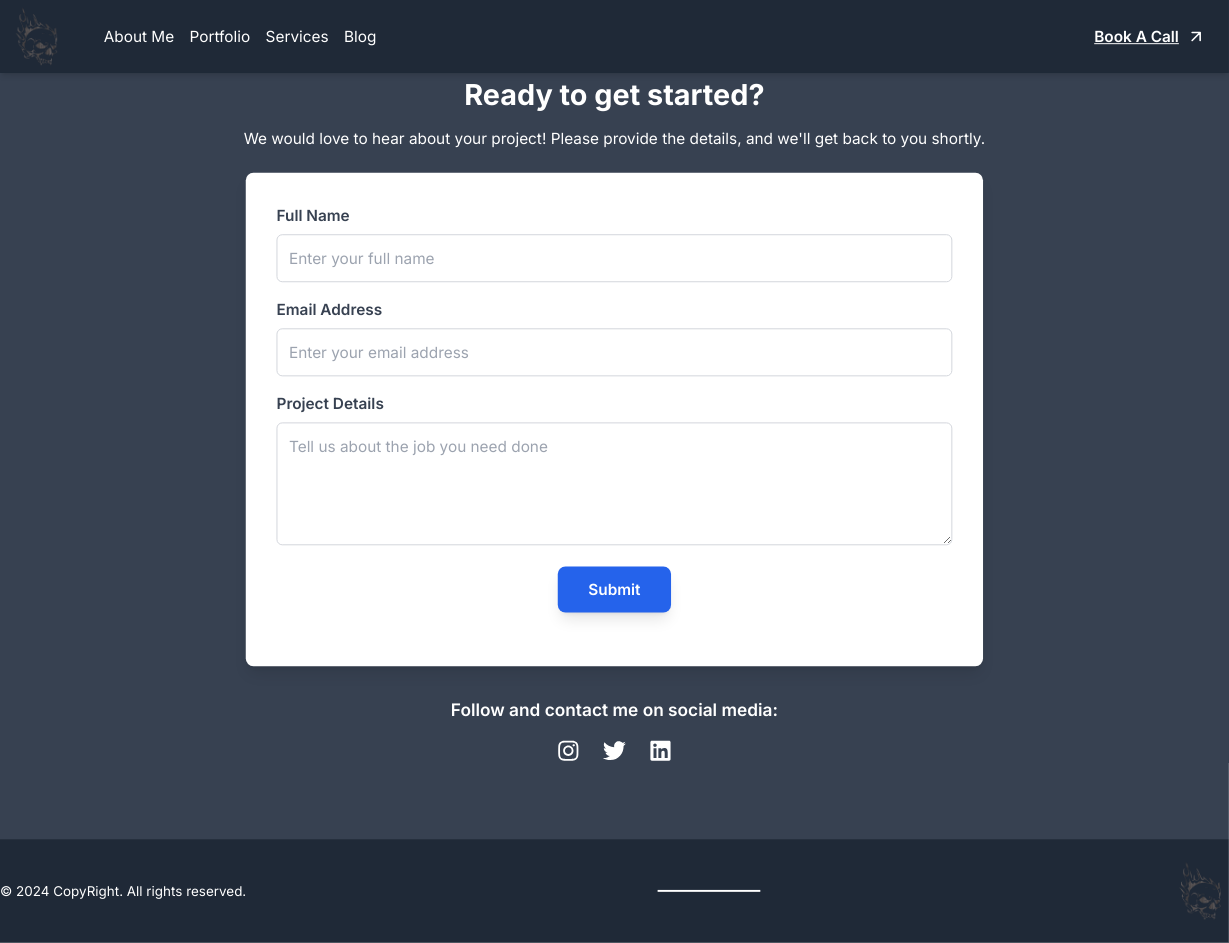
Repository: TheSecretlifeOfX/landing1
Page: /CallToAction
An editor plug-in stored every save of this project. The page is shown before and after the next save, followed by the edit.
The browser window is 1280 px wide. The pictures show the whole page, at 96% of full size.
The project was rebuilt for these pictures with package versions that can differ from the ones it lists, and the page was loaded fresh each time. The framework's server and built-in components were replaced by stand-ins that run in the browser. Also part of the build but not shown: next.config.js.

Above is the page before, as saved 2024-11-16 08:36:51.

After the next save:
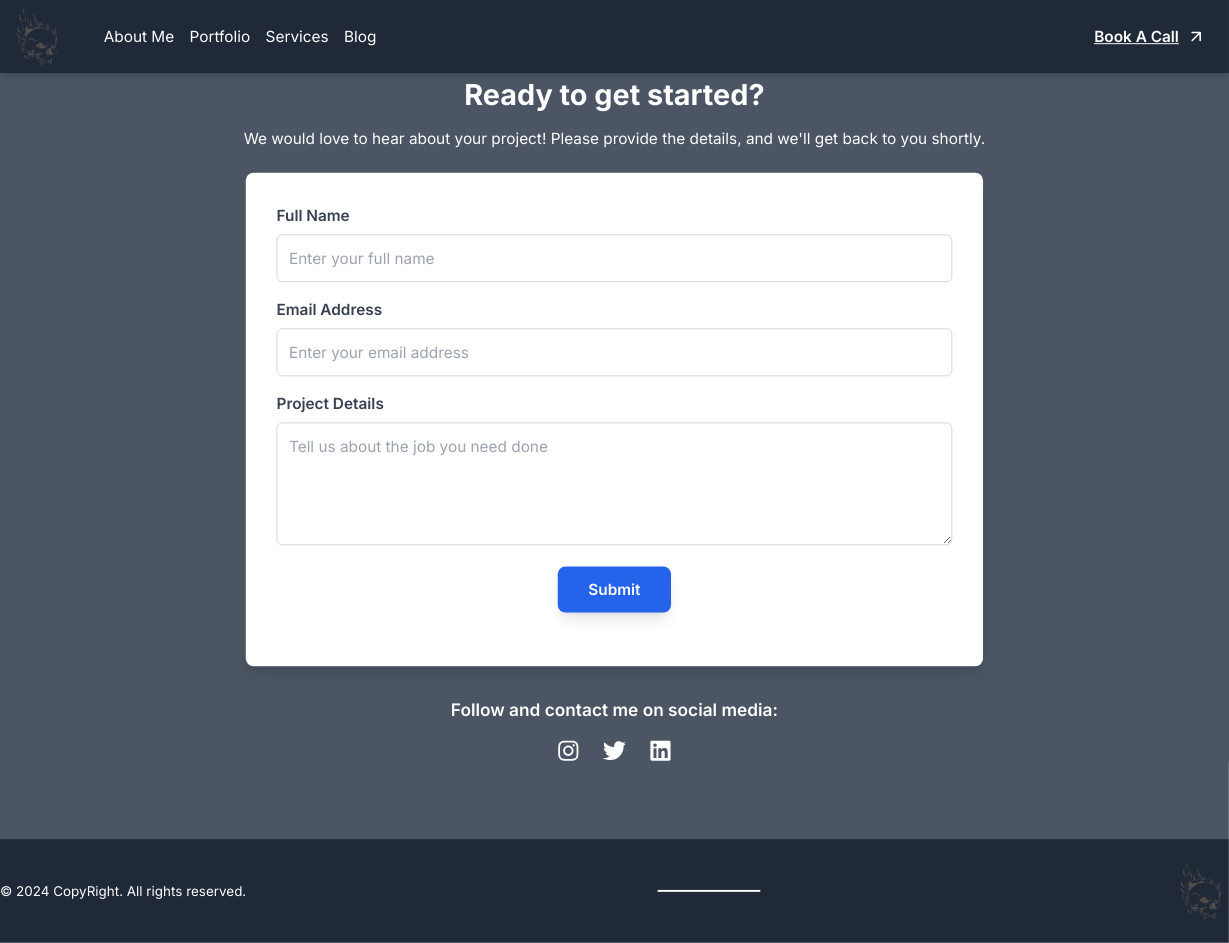
Saved 79 s later.
--- a/app/components/CallToAction.tsx
+++ b/app/components/CallToAction.tsx
@@ -3,7 +3,7 @@ import { FaInstagram, FaTwitter, FaLinkedin } from 'react-icons/fa'; // Import i
 
 export default function CallToAction() {
   return (
-    <section id="contact" className="py-20 text-center bg-gray-700 text-white">
+    <section id="contact" className="py-20 text-center bg-gray-600 text-white">
       <h2 className="text-3xl font-bold mb-4">Ready to get started?</h2>
       <p className="mb-6">We would love to hear about your project! Please provide the details, and we'll get back to you shortly.</p>
 
